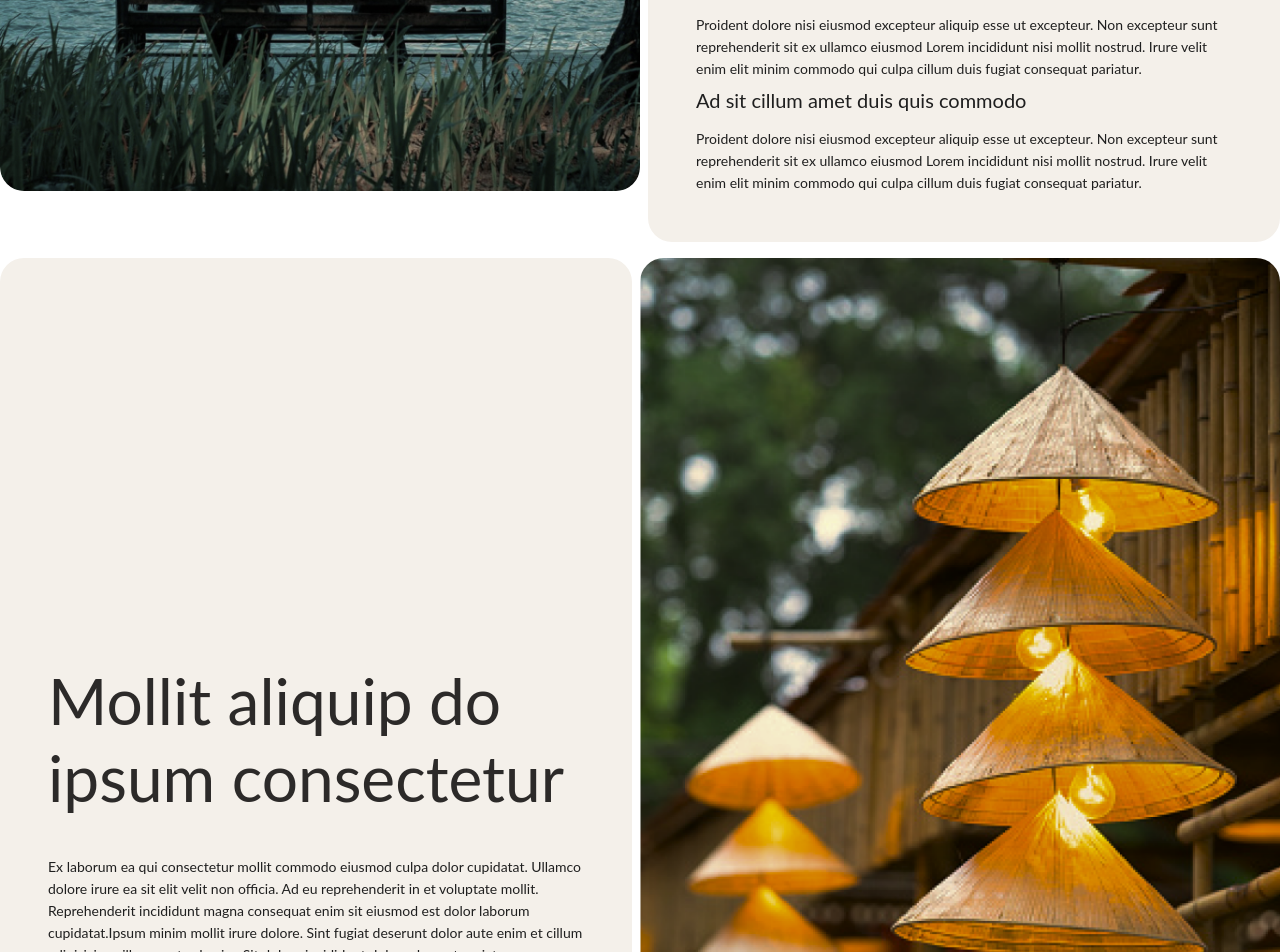
Repository: PhamNguyen2608/WGT-test
Page: index.html
An editor plug-in stored every save of this project. The page is shown before and after the next save, followed by the edit.
The browser window is 1280 px wide. The pictures show the part of the page from y = 1530 to 2482 px (the page is 2604 px tall before and 2588 px after).
A picture or video elsewhere on the page could not be fetched, so the positions and the page height are approximate.

Above is the page before, as saved 2024-11-12 15:35:09.

### index.html
<!DOCTYPE html>
<html lang="en">
<head>
    <meta charset="UTF-8">
    <meta name="viewport" content="width=device-width, initial-scale=1.0">
    <title>Test</title>
    <link rel="stylesheet" href="asset/css/style.css">
</head>
<body>
    <div id="app"></div>
    <script type="module" src="src/js/main.js"></script>
</body>
</html>

### asset/css/style.css
/* Global styles */
@import './global/reset.css';
@import './global/variables.css';
@import './global/typography.css';
@import './global/breakpoints.css';

/* Component styles */
@import './components/header.css';
@import './components/hero-section.css';
@import './components/content-section.css';

/* Responsive styles */
@import './responsive/layout.css';
@import './responsive/hero-section.css';
@import './responsive/content-section.css';

### src/js/main.js
import App from './app.js';

document.addEventListener('DOMContentLoaded', () => {
    const rootElement = document.getElementById('app');
    const app = new App(rootElement);
    app.render();
});

### asset/css/global/reset.css
/* Reset CSS */
* {
    margin: 0;
    box-sizing: border-box;
}

body {
    font-family: var(--font-family-sans);
}

### asset/css/global/variables.css
:root {
    /* Màu sắc */
    --color-primary: #2C2A29;
    --color-secondary: #1F1F1F;
    --color-background: #ffffff;
    --color-background-secondary: #F4F0EA;
    /* Font chữ */
    --font-family-serif: 'Georgia', serif;
    --font-family-sans: 'Lato', sans-serif;
    /* Font weight */
    --font-weight-regular: 400;
    --font-weight-medium: 500;
    --font-weight-bold: 700;

    /* Cỡ chữ */
    --font-size-12: 12px;
    --font-size-14: 14px;
    --font-size-16: 16px;
    --font-size-20: 20px;
    --font-size-24: 24px;
    --font-size-40: 40px;
    --font-size-64: 64px;
    /* Line height */
    --line-height-1-4: 1.4;
    --line-height-1-6: 1.6;
    --line-height-2-0: 2;
    --line-height-22: 22px;

    /* Khoảng cách */
    --spacing-small: 8px;
    --spacing-medium: 16px;
    --spacing-x-medium: 40px;
    --spacing-large: 32px;
    --spacing-x-large: 49px;
    --spacing-xx-large: 80px;
}

### asset/css/global/typography.css
/* Font weight */
.text-regular {
    font-weight: var(--font-weight-regular);
}
.text-medium {
    font-weight: var(--font-weight-medium);
}
.text-bold {
    font-weight: var(--font-weight-bold);
}
.text-extra-bold {
    font-weight: var(--font-weight-extra-bold);
}
/* Font size */
.fz-12 {
    font-size: var(--font-size-12);
}
.fz-14 {
    font-size: var(--font-size-14);
}
.fz-16 {
    font-size: var(--font-size-16);
}
.fz-20 {
    font-size: var(--font-size-20);
}
.fz-24 {
    font-size: var(--font-size-24);
}
.fz-40 {
    font-size: var(--font-size-40);
}
.fz-64 {
    font-size: var(--font-size-64);
}
/* Line height */
.line-1-4 {
    line-height: var(--line-height-1-4);
}
.line-1-6 {
    line-height: var(--line-height-1-6);
}

/* Text color */
.text-primary {
    color: var(--color-primary);
}
.text-secondary {
    color: var(--color-secondary);
}
.text-accent {
    color: var(--color-accent);
}

### asset/css/global/breakpoints.css
:root {
  --breakpoint-mobile: 768px;
  --breakpoint-tablet: 768px;
  --breakpoint-desktop: 1024px;
  --breakpoint-large: 1440px;
}

/* Media Query Mixins */
@custom-media --mobile (min-width: 768px);
@custom-media --tablet (min-width: 768px);
@custom-media --desktop (min-width: 1024px);
@custom-media --large (min-width: 1440px);

### asset/css/components/header.css
.header {
    color: var(--color-primary);
    text-align: center;
    background-color: var(--color-background);
    font-size: var(--font-size-40);
    font-weight: var(--font-weight-regular);
}

.header__title {
    font-size: var(--font-size-40);
    font-weight: var(--font-weight-regular);
    color: var(--color-primary);
    margin-bottom: var(--spacing-x-large);

}

### asset/css/components/hero-section.css
.hero-section {
    text-align: center;
}

.hero-title {
    font-size: var(--font-size-40);
    font-weight: var(--font-weight-regular);
    margin-bottom: var(--spacing-medium);
}

.hero-images {
    display: flex;
    justify-content: center;
    gap: var(--spacing-medium);
    margin-bottom: var(--spacing-x-large);
}

.hero-images img {
    border-radius: 16px;
    width: auto;
    height: auto;
}

.hero-content {
    max-width: 800px;
    margin: 0 auto;
    font-size: var(--font-size-16);
    font-weight: var(--font-weight-regular);
    line-height: 22px;
    color: var(--color-primary);
    text-align: center;
    white-space: pre-wrap;
    margin-block-start: var(--spacing-large);
}

.hero-content p {
    margin-bottom: var(--spacing-medium);
}

### asset/css/components/content-section.css
.content-section {
    width: 100%;
    max-width: 1368px;
    height: auto;
    min-height: 800px;
    display: flex;
    flex-direction: row;
    background-color: var(--color-background);
    border-radius: 12px;
    overflow: hidden;
    gap: var(--spacing-small);
    margin-bottom:  var(--spacing-medium) ;

}

.content-section.reverse {
    flex-direction: row-reverse;
}

.content-image {
    width: 50%;
    height: 100%;
    object-fit: cover;
    border-radius: 24px;
}

.content-text {
    width: 50%;
    padding: 48px;
    display: flex;
    flex-direction: column;
    background-color: var(--color-background-secondary);
    justify-content: flex-end;
    border-radius: 24px;
}

.content-title {
    font-size: var(--font-size-64);
    font-weight: var(--font-weight-regular);
    color: var(--color-primary);
    margin-bottom: var(--spacing-x-medium);
}

.content-subtitle {
    font-size: var(--font-size-20);
    font-weight: var(--font-weight-regular);
    line-height: var(--line-height-2-0);
    color: var(--color-secondary);
    margin-bottom: var(--spacing-small);
}

.content-description {
    font-size: var(--font-size-14);
    font-weight: var(--font-weight-regular);
    line-height: var(--line-height-22);
    color: var(--color-secondary);
}

### asset/css/responsive/layout.css
@media (max-width: 768px) {
  .landing-page {
    width: 100%;
    padding: var(--spacing-medium);
  }

  .content-sections-container {
    gap: var(--spacing-large);
  }
}

### asset/css/responsive/hero-section.css
@media (max-width: 768px) {
  .hero-images {
    flex-direction: column;
    gap: var(--spacing-medium);
  }

  .hero-images img {
    width: 100%;
    max-width: 400px;
  }

  .hero-content {
    max-width: 400px;
    padding: 0 var(--spacing-medium);
  }
}

### asset/css/responsive/content-section.css
@media (max-width: 768px) {
  .content-section {
    width: 100%;
    max-width: 400px;
    height: auto;
    flex-direction: column;
    gap: var(--spacing-medium);
  }

  .content-section.reverse {
    flex-direction: column;
  }

  .content-image {
    width: 100%;
    height: 400px;
  }

  .content-text {
    width: 100%;
    padding: var(--spacing-medium);
  }

  .content-title {
    font-size: var(--font-size-40);
    margin-bottom: var(--spacing-medium);
  }

  .content-subtitle {
    font-size: var(--font-size-16);
  }
}

### src/js/app.js
import Router from './router.js';
import LandingPage from '../pages/LandingPage.js';


export default class App {
    constructor(rootElement, routes, components) {
        this.rootElement = rootElement;
        this.routes = routes;
        this.components = components;
        this.router = new Router();
        console.log('App initialized');
    }

    setupRouter(){
        this.router.registerRoute("/", () => new LandingPage().render());
        this.router.listen(this.rootElement);
    }
    render(){
        this.setupRouter();
    }
}

### src/js/router.js
export default class Router {
    constructor() {
        this.routes = {};
    }

    registerRoute(path, callback) {
        this.routes[path] = callback;
    }

    async handleRouteChange(rootElement) {
        const path = window.location.hash.slice(1) || '/';
        const renderCallback = this.routes[path];

        if (renderCallback) {
            rootElement.innerHTML = '';
            try {
                const content = await renderCallback();
                if (content instanceof Node) {
                    rootElement.appendChild(content);
                } else {
                    throw new Error('Render callback did not return a Node');
                }
            } catch (error) {
                console.error('Error rendering route:', error);
                rootElement.innerHTML = '<h1>Failed to load route content</h1>';
            }
        } else {
            rootElement.innerHTML = '<h1>404 - Page Not Found</h1>';
        }
    }

    listen(rootElement) {
        window.addEventListener('hashchange', () => this.handleRouteChange(rootElement));
        this.handleRouteChange(rootElement);
    }
}

### src/pages/LandingPage.js
import Header from '../components/Header.js';
import HeroSection from '../components/HeroSection.js';
import ContentSection from '../components/ContentSection.js';
import GetDataService from '../services/getDataService.js';

export default class LandingPage {
    constructor() {
        this.getDataService = new GetDataService();
    }

    async render() {
        const container = document.createElement('div');
        container.className = 'landing-page';

        try {
            const pageData = await this.getDataService.getData();
            const page = pageData.page;

            // Header Section
            const headerSection = document.createElement('div');
            headerSection.className = 'header-section';
            const header = new Header({ title: page.header.title });
            headerSection.appendChild(header.render());
            container.appendChild(headerSection);

            // Hero Section
            const heroWrapper = document.createElement('div');
            heroWrapper.className = 'hero-wrapper';
            const heroSection = new HeroSection({
                images: page.heroSection.images,
                content: page.heroSection.content,
            });
            heroWrapper.appendChild(heroSection.render());
            container.appendChild(heroWrapper);

            // Content Sections Container
            const contentSectionsContainer = document.createElement('div');
            contentSectionsContainer.className = 'content-sections-container';

            if (Array.isArray(page.contentSections)) {
                page.contentSections.forEach((sectionData, index) => {
                    const contentSection = new ContentSection({
                        image: sectionData.image,
                        text: sectionData.text,
                        reverse: index % 2 === 1,
                    });
                    contentSectionsContainer.appendChild(contentSection.render());
                });
            }

            container.appendChild(contentSectionsContainer);
        } catch (error) {
            console.error('Error rendering LandingPage:', error);
            container.textContent = 'Failed to load content.';
        }

        return container;
    }
}

### src/components/Header.js
export default class Header {
    constructor({ title }) {
        this.title = title;
    }

    render() {
        const header = document.createElement('header');
        header.className = 'header';

        const h1 = document.createElement('h1');
        h1.className = 'header__title';
        h1.textContent = this.title;

        header.appendChild(h1);

        return header;
    }
}

### src/components/HeroSection.js
// HeroSection.js

export default class HeroSection {
  constructor(props = {}) {
    const { title, images, content, events = {} } = props;
    this.props = { title, images, content };
    this.events = events;
  }

  createElement(tag, className = "", textContent = "", attributes = {}) {
    const element = document.createElement(tag);
    if (className) element.className = className;
    if (textContent) element.textContent = textContent;

    Object.entries(attributes).forEach(([key, value]) => {
      element.setAttribute(key, value);
    });

    return element;
  }

  createImageContainer(images) {
    const container = this.createElement("div", "hero-images");
    if (Array.isArray(images)) {
      images.forEach(({ src, alt }) => {
        const img = this.createElement("img", "", "", {
          src,
          alt: alt || "Image",
        });
        container.appendChild(img);
      });
    } else {
      console.warn('HeroSection: "images" is not an array', images);
      container.textContent = "No images available";
    }
    return container;
  }


  createContent(content) {
    const contentContainer = this.createElement("div", "hero-content");

    if (typeof content === "string") {
      const paragraphs = content.split('\n').filter(paragraph => paragraph.trim() !== '');

      paragraphs.forEach(paragraph => {
        const p = this.createElement("p", "hero-paragraph", paragraph.trim());
        contentContainer.appendChild(p);
      });
    } else {
      console.warn('HeroSection: "content" is not a string', content);
      contentContainer.textContent = "No content available";
    }

    return contentContainer;
  }

  render() {
    const { title, images, content } = this.props;

    const section = this.createElement("section", "hero-section");

    if (title) {
      const titleElement = this.createElement("h1", "hero-title", title);
      section.appendChild(titleElement);
    }

    const imageContainer = this.createImageContainer(images);
    section.appendChild(imageContainer);

    if (content) {
      const contentElement = this.createContent(content);
      section.appendChild(contentElement);
    } else {
      const placeholder = this.createElement(
        "p",
        "hero-content-placeholder",
        "No content available"
      );
      section.appendChild(placeholder);
    }

    return section;
  }
}

### src/components/ContentSection.js
export default class ContentSection {
    constructor({ image, text, reverse = false }) {
        this.image = image;
        this.text = text;
        this.reverse = reverse;
    }

    render() {
        const section = document.createElement('div');
        section.className = 'content-section';
        if (this.reverse) {
            section.classList.add('reverse');
        }

        const imageElement = document.createElement('img');
        imageElement.src = this.image.src;
        imageElement.alt = this.image.alt || 'Content Image';
        imageElement.className = 'content-image';

        const textContainer = document.createElement('div');
        textContainer.className = 'content-text';

        const titleElement = document.createElement('h2');
        titleElement.className = 'content-title';
        titleElement.textContent = this.text.title;

        textContainer.appendChild(titleElement);

        if (Array.isArray(this.text.subsections)) {
            this.text.subsections.forEach((subsection) => {
                const subtitleElement = document.createElement('h3');
                subtitleElement.className = 'content-subtitle';
                subtitleElement.textContent = subsection.subtitle;

                const contentElement = document.createElement('p');
                contentElement.className = 'content-description';
                contentElement.textContent = subsection.content;

                textContainer.appendChild(subtitleElement);
                textContainer.appendChild(contentElement);
            });
        } else if (this.text.content) {
            const contentElement = document.createElement('p');
            contentElement.className = 'content-description';
            contentElement.textContent = this.text.content;
            textContainer.appendChild(contentElement);
        }

        section.appendChild(imageElement);
        section.appendChild(textContainer);

        return section;
    }
}

### src/services/getDataService.js
export default class GetDataService {
    async getData() {
        try {
            const response = await fetch('src/data/data.json');
            if (!response.ok) {
                throw new Error('Failed to fetch data');
            }
            const data = await response.json();
            console.log(data)

            return data;
        } catch (error) {
            console.error('Error fetching data:', error);
            throw error;
        }
    }
}

### src/data/data.json
{
  "page": {
    "header": {
      "title": "Lorem ullamco"
    },
    "heroSection": {
      "images": [
        {
          "src": "asset/images/image-top-1.png",
          "alt": "Description of first image"
        },
        {
          "src": "asset/images/image-top-2.png",
          "alt": "Description of second image"
        }
      ],
      "content": "Lorem ipsum dolor sit amet, consectetur adipiscing elit. Excepteur eiusmod consectetur proident Lorem reprehenderit esse do anim velit in aliquip dolore ut officia. Consectetur reprehenderit proident do exercitation eu. Sunt fugiat pariatur elit est laboris quis. Esse mollit incididunt quis amet. Qui non irure incididunt laborum nisi cillum consequat aliquip aliquip cillum in. Ut excepteur labore voluptate tempor cupidatat dolor eiusmod do ipsum Lorem cupidatat do labore.\n Proident dolore nisi eiusmod excepteur aliquip esse ut excepteur. Non excepteur sunt reprehenderit sit ex ullamco eiusmod Lorem incididunt nisi mollit nostrud. Irure velit enim elit minim commodo qui culpa cillum duis fugiat consequat pariatur."
    },
    "contentSections": [
      {
        "image": {
          "src": "asset/images/image-bot-1.jpg",
          "alt": "Description of third image"
        },
        "text": {
          "title": "Lorem ipsum",
          "subsections": [
            {
              "subtitle": "Excepteur eiusmod consectetur",
              "content": "Proident dolore nisi eiusmod excepteur aliquip esse ut excepteur. Non excepteur sunt reprehenderit sit ex ullamco eiusmod Lorem incididunt nisi mollit nostrud. Irure velit enim elit minim commodo qui culpa cillum duis fugiat consequat pariatur."
            },
            {
              "subtitle": "Quis aliqua reprehenderit",
              "content": "Proident dolore nisi eiusmod excepteur aliquip esse ut excepteur. Non excepteur sunt reprehenderit sit ex ullamco eiusmod Lorem incididunt nisi mollit nostrud. Irure velit enim elit minim commodo qui culpa cillum duis fugiat consequat pariatur."
            },
            {
              "subtitle": "Ad sit cillum amet duis quis commodo",
              "content": "Proident dolore nisi eiusmod excepteur aliquip esse ut excepteur. Non excepteur sunt reprehenderit sit ex ullamco eiusmod Lorem incididunt nisi mollit nostrud. Irure velit enim elit minim commodo qui culpa cillum duis fugiat consequat pariatur."
            }
          ]
        }
      },
      {
        "image": {
          "src": "asset/images/image-bot-2.png",
          "alt": "Description of fourth image"
        },
        "text": {
          "title": "Mollit aliquip do ipsum consectetur",
          "content": "Ex laborum ea qui consectetur mollit commodo eiusmod culpa dolor cupidatat. Ullamco dolore irure ea sit elit velit non officia. Ad eu reprehenderit in et voluptate mollit. Reprehenderit incididunt magna consequat enim sit eiusmod est dolor laborum cupidatat.Ipsum minim mollit irure dolore. Sint fugiat deserunt dolor aute enim et cillum adipisicing cillum nostrud anim. Sit dolore incididunt dolore do sunt pariatur consectetur id qui pariatur eu incididunt adipisicing. Irure sint fugiat officia veniam consectetur. Esse laborum amet aliqua ad in sunt labore duis."
        }
      }
    ]
  }
}

After the next save:
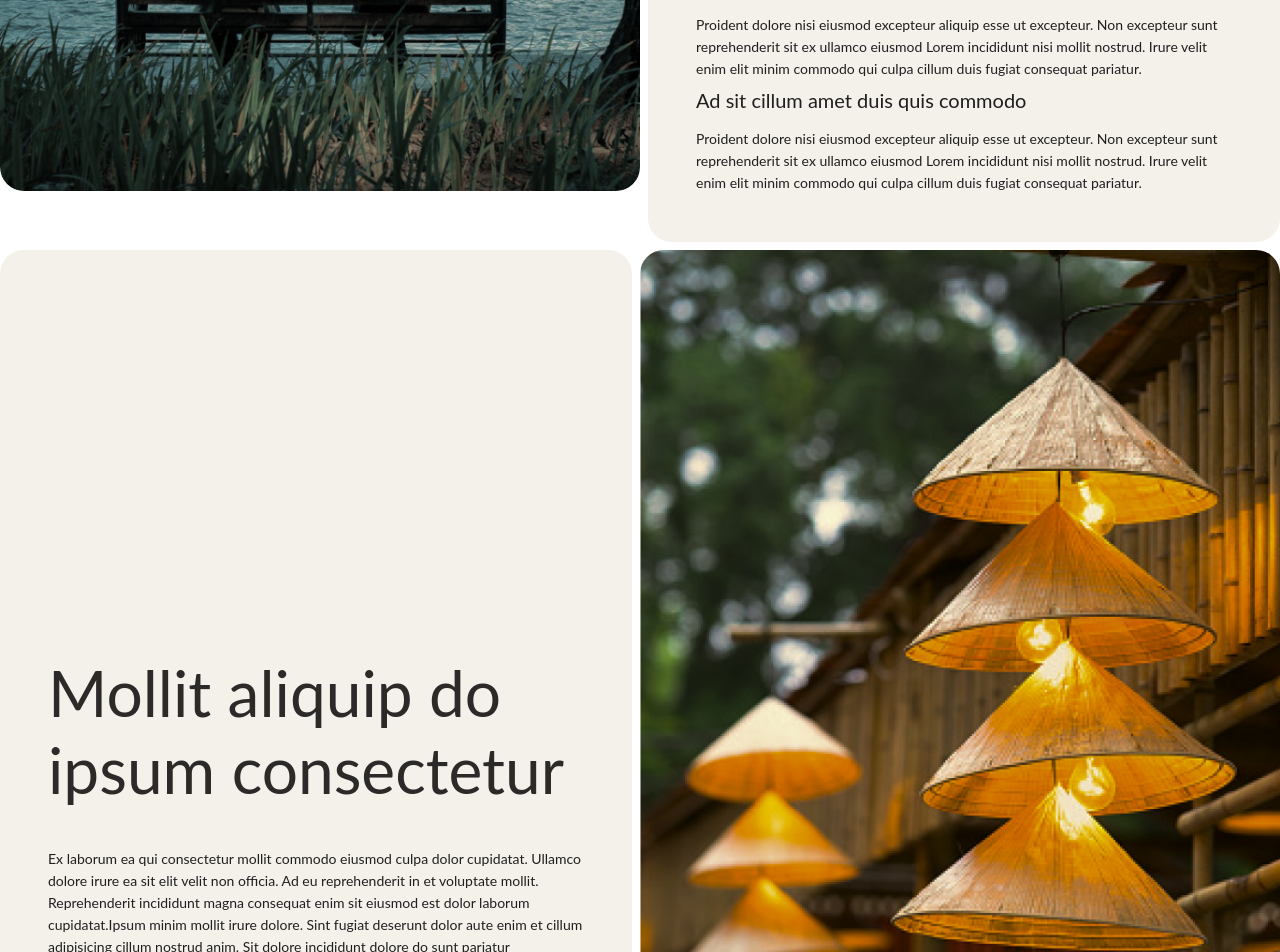
Saved 11 s later.
--- a/asset/css/components/content-section.css
+++ b/asset/css/components/content-section.css
@@ -9,7 +9,7 @@
     border-radius: 12px;
     overflow: hidden;
     gap: var(--spacing-small);
-    margin-bottom:  var(--spacing-medium) ;
+    margin-bottom:  var(--spacing-small) ;
 
 }
 
